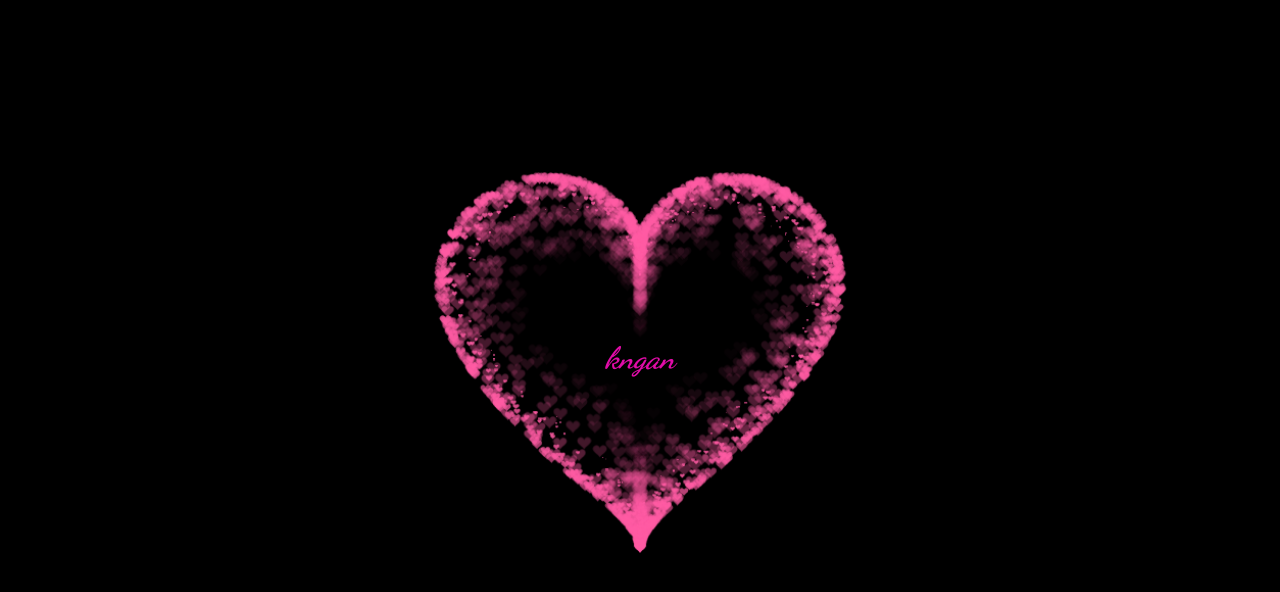
Repository: thaiduy1704/Heart
Page: index.html
These files come from the project's save history. The page is drawn as it stood at one moment and after the next save; the edit follows.
The browser window is 1280 px wide. The pictures show the whole page.

Above is the page before, as saved 2022-11-10 17:32:07.

After the next save:
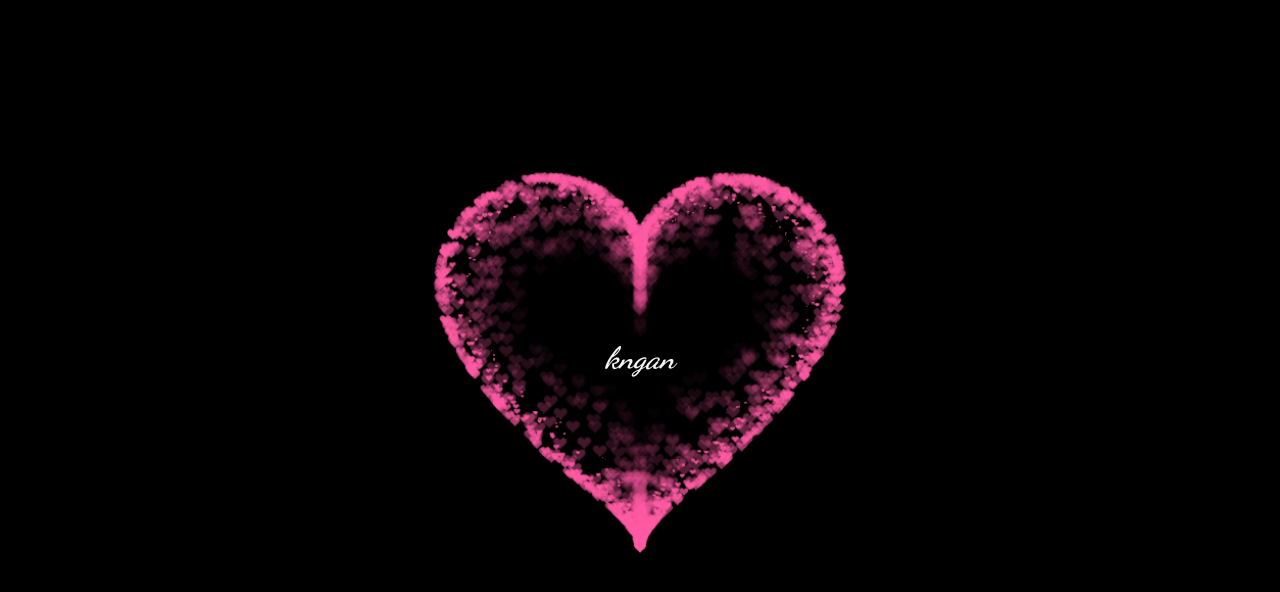
Saved 57 s later.
--- a/index.html
+++ b/index.html
@@ -326,7 +326,7 @@ var ParticlePool = (function() {
   <div class="center-text",
   style="background-color:rgb(0, 0, 0);
         width: 100%;
-        color: rgb(225, 12, 168);
+        color:whitesmoke ;
         height:100%;
         font-size: 31px;
         font-style: italic;
@@ -338,3 +338,4 @@ var ParticlePool = (function() {
         text-align: center;">kngan</div>
  </BODY>
 </HTML>
+<!-- color: rgb(225, 12, 168); -->
